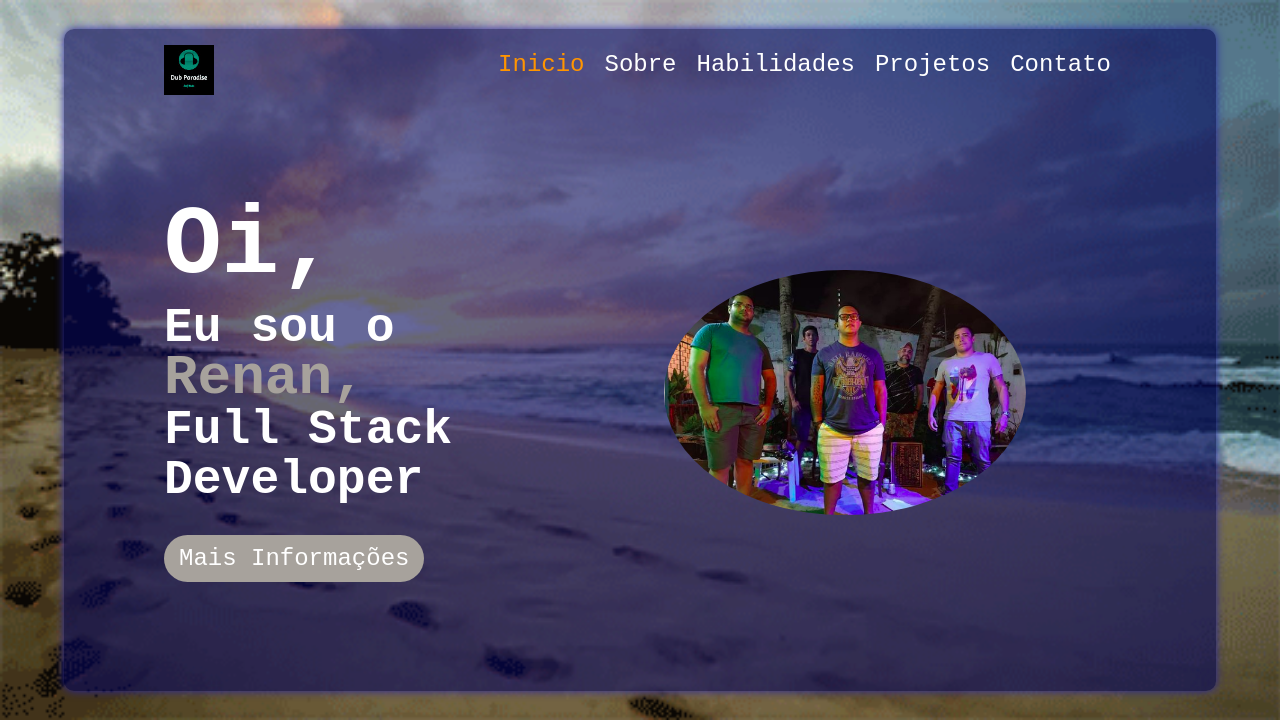
Repository: DubParadise/dubParadise
Page: /
An editor plug-in stored every save of this project. The page is shown before and after the next save, followed by the edit.
The browser window is 1280 px wide. The pictures show the whole page.
The project was rebuilt for these pictures with package versions that can differ from the ones it lists, and the page was loaded fresh each time. Also part of the build but not shown: src/components/Sobre/style.css, src/components/Sobre/index.jsx, src/components/Skills/index.jsx, src/ObjProjects/index.jsx, src/components/ProjectsSlider/Arrows.jsx, src/components/ProjectsSlider/SliderContent.jsx, src/components/ProjectsSlider/slider.css, src/components/ProjectsSlider/Slider.jsx and 2 more.

Above is the page before, as saved 2021-04-17 11:14:43.

### public/index.html
<!DOCTYPE html>
<html lang="en">

<head>
    <meta charset="utf-8" />
    <link rel="icon" href="%PUBLIC_URL%/favicon.ico" />
    <meta name="viewport" content="width=device-width, initial-scale=1" />
    <meta name="theme-color" content="#000000" />
    <meta name="description" content="Web site created using create-react-app" />
    <link rel="apple-touch-icon" href="%PUBLIC_URL%/logo192.png" />
    <!--
      manifest.json provides metadata used when your web app is installed on a
      user's mobile device or desktop. See https://developers.google.com/web/fundamentals/web-app-manifest/
    -->
    <link rel="manifest" href="%PUBLIC_URL%/manifest.json" />
    <!--
      Notice the use of %PUBLIC_URL% in the tags above.
      It will be replaced with the URL of the `public` folder during the build.
      Only files inside the `public` folder can be referenced from the HTML.

      Unlike "/favicon.ico" or "favicon.ico", "%PUBLIC_URL%/favicon.ico" will
      work correctly both with client-side routing and a non-root public URL.
      Learn how to configure a non-root public URL by running `npm run build`.
    -->
    <title>Renan Meneses</title>
</head>

<body>
    <noscript>You need to enable JavaScript to run this app.</noscript>
    <div id="root"></div>
    <!--
      This HTML file is a template.
      If you open it directly in the browser, you will see an empty page.

      You can add webfonts, meta tags, or analytics to this file.
      The build step will place the bundled scripts into the <body> tag.

      To begin the development, run `npm start` or `yarn start`.
      To create a production bundle, use `npm run build` or `yarn build`.
    -->
</body>

</html>

### src/index.css

* {
    padding: 0;
    margin: 0;
    box-sizing: border-box;
}

 :root {
    --heights: 60vh;
    --widths: 100%;
}

body {
    font-family: 'Source Code Pro', monospace;
    -webkit-font-smoothing: antialiased;
    -moz-osx-font-smoothing: grayscale;
    /*background: linear-gradient(30deg, #015bae 40%, #01408f 50%) no-repeat;*/
    background: url('./assets/praia.gif') no-repeat;
    background-size: cover;
}


/* Hide scrollbar for Chrome, Safari and Opera */

body::-webkit-scrollbar {
    display: none;
}

body {
    -ms-overflow-style: none;
    /* IE and Edge */
    scrollbar-width: none;
    /* Firefox */
}

code {
    font-family: 'Source Code Pro', monospace;
}

p {
    line-height: 10px;
    font-family: 'Source Code Pro', monospace;
}

### src/App.js
import { BrowserRouter as Router, Switch, Route } from "react-router-dom";
import Home from "./components/Home";

import "./App.css";

import Sobre from "./components/Sobre";
import NavBar from "./components/NavBar";
import Skills from "./components/Skills";
import Slider from "./components/ProjectsSlider/Slider"
import Contact from "./components/Contact";

function App() {
  return (

    <Router>

      <div className="app">
        <NavBar/>
        <Switch>
          <Route exact path="/" component={Home} />
          <Route exact path="/sobre" component={Sobre} />
          <Route exact path="/habilidades" component={Skills} />
          <Route exact path="/projetos" component={Slider} />
          <Route exact path="/contato" component={Contact} />
        </Switch>
      </div>

    </Router>
  );
}

export default App;

### src/components/Home/index.jsx
import React from "react";
import "./style.css";
import { Link } from "react-router-dom";
import img from "../../assets/dub.png";
import { motion } from "framer-motion";

const Home = () => {
  return (
    <div className="home">
      <div className="title">
        <motion.div
          transition={{ delay: 0.2, duration: 0.5 }}
          variants={{
            show: { opacity: 1, x: "0" },
            hidden: { opacity: 0, x: "-70%" },
          }}
          initial="hidden"
          animate="show"
        >
          <h1>Oi,</h1>

          <p>
            Eu sou o<span id="name"> Renan,</span>
          </p>
          <p>Full Stack Developer</p>

          <Link to="/sobre">
            <button className="button">Mais Informações</button>
          </Link>
        </motion.div>
      </div>
      <div className="title">
        <motion.div
          transition={{ delay: 0.2, duration: 0.5 }}
          variants={{
            show: { opacity: 1, y2: "0" },
            hidden: { opacity: 0, y2: "100%" },
          }}
          initial="hidden"
          animate="show"
        >
          <img src={img} alt="Thiago" className="imgDev" />

        </motion.div>
      </div>
    </div>
  );
};

export default Home;

### src/App.css
.app {
    display: flex;
    margin: 0 auto;
    max-width: 1280px;
    padding: 0 15px;
    min-height: 100vh;
    border-radius: 10px;
    flex-direction: column;
    background: rgba(3, 4, 90, 0.6);
}

@media (min-width: 800px) {
    .app {
        padding: 0 100px;
        min-height: calc(100vh - 8vh);
        width: 90%;
        margin-top: 4vh;
        margin-bottom: 4vh;
        box-shadow: 0 0 10px #2725a1;
    }
}

### src/components/NavBar/index.jsx
import React, { useEffect, useState } from "react";
import { Link, useLocation } from "react-router-dom";
import "./style.css";
import logo from "../../assets/logo.png";
import menuBars from "../../assets/mobile-menu.png";
import closeMenu from "../../assets/xMenu.png";

const NavBar = () => {
  const [open, setOpen] = useState(false);
  const [screenWidth, setScreenWidth] = useState(0);
  const location = useLocation();

  const trackScreenWidth = () => {
    const width = window.innerWidth;
    setScreenWidth(width);
    if (width > 800) {
      setOpen(true);
    }
  };

  const handleClose =()=>{
    if(screenWidth < 800){
      setOpen(false);
    }
  }

  useEffect(() => {
    trackScreenWidth();
    window.addEventListener("resize", trackScreenWidth);
    return () => window.removeEventListener("resize", trackScreenWidth);
  }, []);

  return (
    <nav className="navbar">
      <div className="nav-wrapper">
        <div className="logo">
          <Link to="/">

          <img src={logo} alt="logo" />

          </Link>
        </div>
        <div className="list-wrapper">
          <img
            src={menuBars}
            alt="Menu"
            style={{ opacity: !open ? 1 : 0 }}
            onClick={() => {
              setOpen(!open);
            }}
          />

          <img
            src={closeMenu}
            alt="Fechar Menu"
            style={{ opacity: open ? 1 : 0 }}
            onClick={() => {
              setOpen(!open);
            }}
          />

          <ul style={{ left: open ? "0" : "-100vw" }}>
            <li>
              <Link
                to="/"
                style={{ color: location.pathname === "/" && "  #ff9500" }}
                onClick={handleClose}
              >
                Inicio
              </Link>
            </li>
            <li>
              <Link
                to="/sobre"
                style={{ color: location.pathname === "/sobre" && "#ff9500" }}
                onClick={handleClose}
              >
                Sobre
              </Link>
            </li>
            <li>
              <Link
                to="/habilidades"
                style={{
                  color: location.pathname === "/habilidades" && "  #ff9500",
                }}
                onClick={handleClose}
              >
                Habilidades
              </Link>
            </li>
            <li>
              <Link
                to="/projetos"
                style={{
                  color: location.pathname === "/projetos" && "  #ff9500",
                }}
                onClick={handleClose}
              >
                Projetos
              </Link>
            </li>
            <li>
              <Link
                to="/contato"
                style={{
                  color: location.pathname === "/contato" && "  #ff9500",
                }}
                onClick={handleClose}
              >
                Contato
              </Link>
            </li>
          </ul>
        </div>
      </div>
    </nav>
  );
};

export default NavBar;

### src/components/Home/style.css
.home {
    flex-grow: 1;
    min-width: 100%;
    display: flex;
    flex-direction: column;
    align-items: center;
}

.home .title {
    width: 100%;
    font-size: 18px;
    text-align: center;
    font-family: "Righteous", cursive;
}

.home h1 {
    font-family: 'Source Code Pro', monospace;
    color: #fff;
    font-weight: bold;
}

.home .title p {
    line-height: 50px;
    color: #fff;
    font-weight: 600;
    font-size: 3rem;
}

#name {
    line-height: 50px;
    font-weight: 600;
    font-size: 3.5rem;
    color: #a7a29c;
}

.button {
    border: none;
    outline: none;
    cursor: pointer;
    font-size: 24px;
    margin-top: 30px;
    color: #ffffff;
    padding: 10px 15px;
    border-radius: 999px;
    background: #a7a29c;
    font-family: 'Source Code Pro', monospace;
}

.person {
    width: 100%;
    margin-top: 20px;
    border-radius: 50%;
}

.imgDev {
    width: 100%;
    background: #a7a29c;
    border-radius: 50%;
    margin-top: 1rem;
}

@media (min-width: 800px) {
    .home {
        flex-direction: row;
        justify-content: space-between;
        gap: 3rem;
    }
    .home .title,
    .home .person {
        width: 50%;
        margin-top: 0;
        text-align: left;
        font-size: 25px;
    }
    .home h1 {
        font-size: 6rem;
    }
    #name {
        color: #a7a29c;
    }
    .title {
        border-radius: 50%;
    }
    .imgDev {
        width: 80%;
    }
}

### src/components/NavBar/style.css
.navbar {
    height: 100%;
}

.nav-wrapper {
    width: 100%;
    height: 100%;
    display: flex;
    align-items: center;
    justify-content: space-between;
}

.logo {
    display: flex;
    max-width: 130px;
    height: 100%;
}

.logo img {
    width: 100%;
    width: 50px;
    padding-top: 1rem;
}

.list-wrapper {
    display: flex;
    align-items: center;
}

.list-wrapper ul {
    top: 0;
    z-index: 3;
    width: 100%;
    height: 86vh;
    left: -100vw;
    padding-top: 140px;
    text-align: center;
    position: absolute;
    transition: all 0.5s ease-in-out;
    background-color: rgb(0, 0, 0, 0.8);
}

.list-wrapper ul li {
    list-style: none;
    margin-bottom: 15px;
}

.list-wrapper ul li a {
    display: block;
    font-size: 24px;
    padding: 10px 0;
    color: #dddddd;
    text-decoration: none;
    transition: all 0.3s ease-in-out;
}

.list-wrapper ul li a:hover {
    color: #000000;
    background-color: #ff9500;
}

.list-wrapper img {
    opacity: 0;
    z-index: 4;
    width: 40px;
    height: 40px;
    right: 15px;
    padding: 10px;
    position: absolute;
    border-radius: 50%;
    transition: all 0.5s ease-in-out;
}

@media (min-width: 800px) {
    .list-wrapper img {
        display: none;
    }
    .list-wrapper ul {
        padding: 0;
        width: 100%;
        height: 100%;
        text-align: left;
        position: relative;
        background-color: transparent;
    }
    .list-wrapper ul li {
        display: inline-block;
        margin-bottom: 0;
    }
    .list-wrapper ul li:not(:last-child) {
        margin-right: 10px;
    }
    .list-wrapper ul li a {
        padding: 5px;
        color: #fff;
    }
    .list-wrapper ul li a:hover {
        padding: 5px;
        color: #ff9509;
        transform: scale(0.8);
        background: transparent;
    }
}

### src/components/Skills/style.css
.title {
    margin-top: 1.5rem;
    margin-bottom: 1rem;
    color: #ff9500;
    font-size: 3rem;
    text-align: center;
}

.skills {
    display: grid;
    grid-template-columns: 1fr;
    margin-top: 2rem;
}

.skills div {
    display: flex;
    flex-direction: column;
}

.skills div h2 {
    margin: 1rem;
    color: #fff;
    display: flex;
    flex-direction: column;
    align-items: center;
}

.skills div h2 span {
    margin-top: 1rem;
}

.gif {
    width: 100%;
    border-radius: 4px;
}

@media (min-width: 800px) {
    .skills {
        grid-template-columns: repeat(4, 1fr);
    }
    .title {
        text-align: left;
    }
}

@media (min-width: 800px) {
    .skills h1 {
        color: #115799;
    }
}

Loaded but not shown: src/index.js (common file)

After the next save:
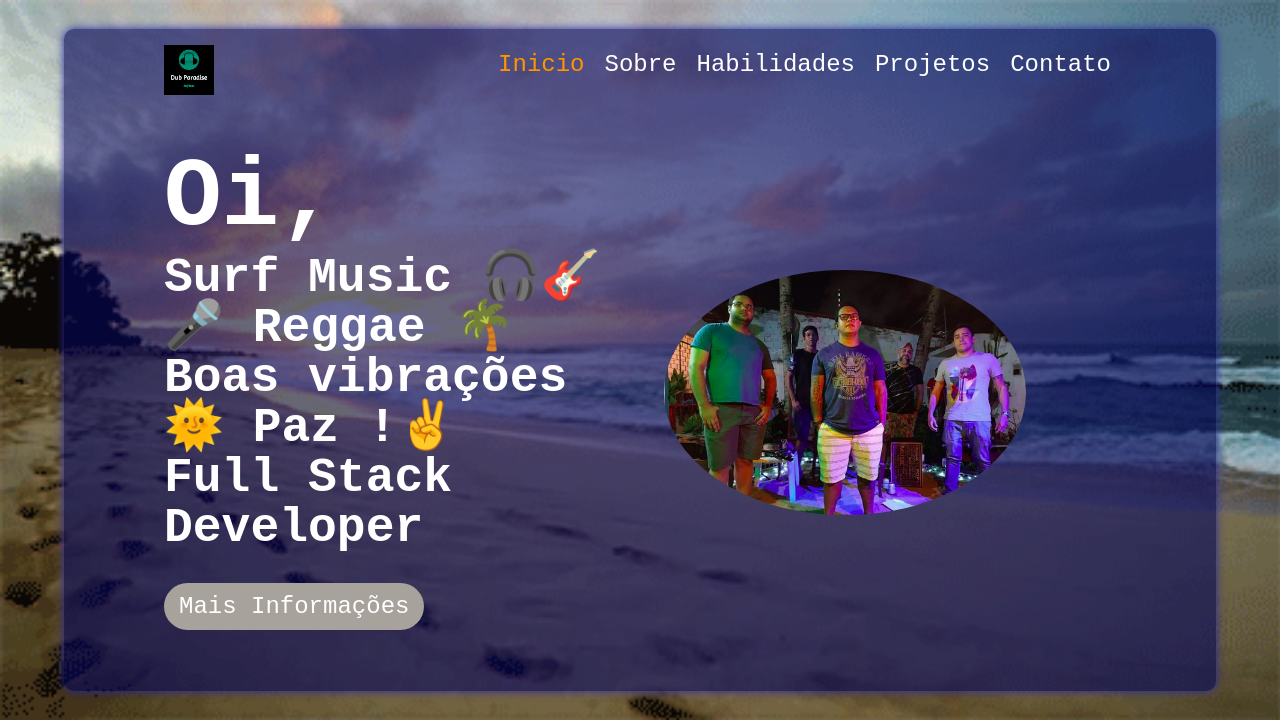
Saved 113 s later.
--- a/src/components/Home/index.jsx
+++ b/src/components/Home/index.jsx
@@ -20,7 +20,10 @@ const Home = () => {
           <h1>Oi,</h1>
 
           <p>
-            Eu sou o<span id="name"> Renan,</span>
+            Surf Music 🎧🎸🎤
+            Reggae 🌴
+            Boas vibrações 🌞
+            Paz !✌
           </p>
           <p>Full Stack Developer</p>
 
